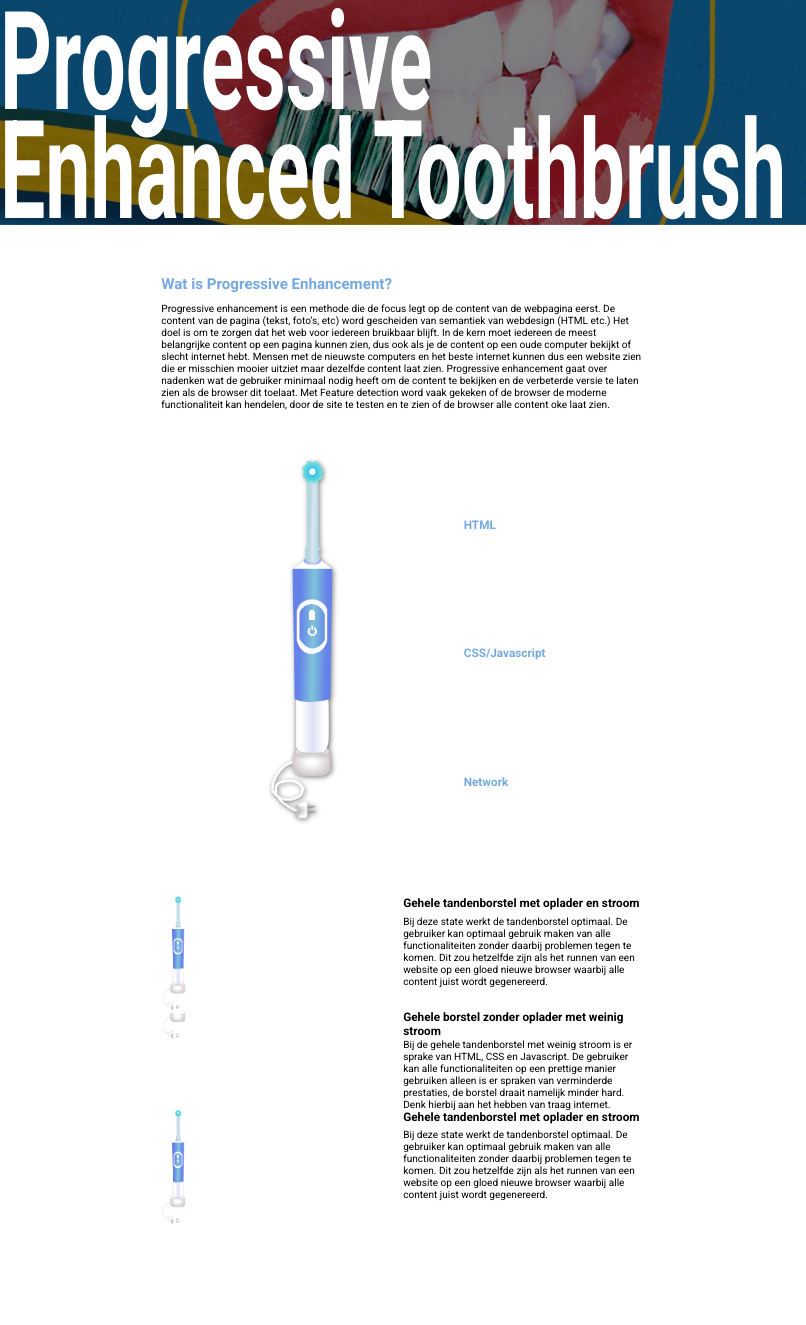
Repository: norakramer1/browser-technologies-2122
Page: progressive-enhanced-toothbrush-main/index.html
The author's editor kept a copy of each file at every save. The page is drawn from the files as they stood at one save, then again after the next save.
The browser window is 1280 px wide. The pictures show the whole page, at 63% of full size.

Above is the page before, as saved 2022-03-23 14:14:36.

After the next save:
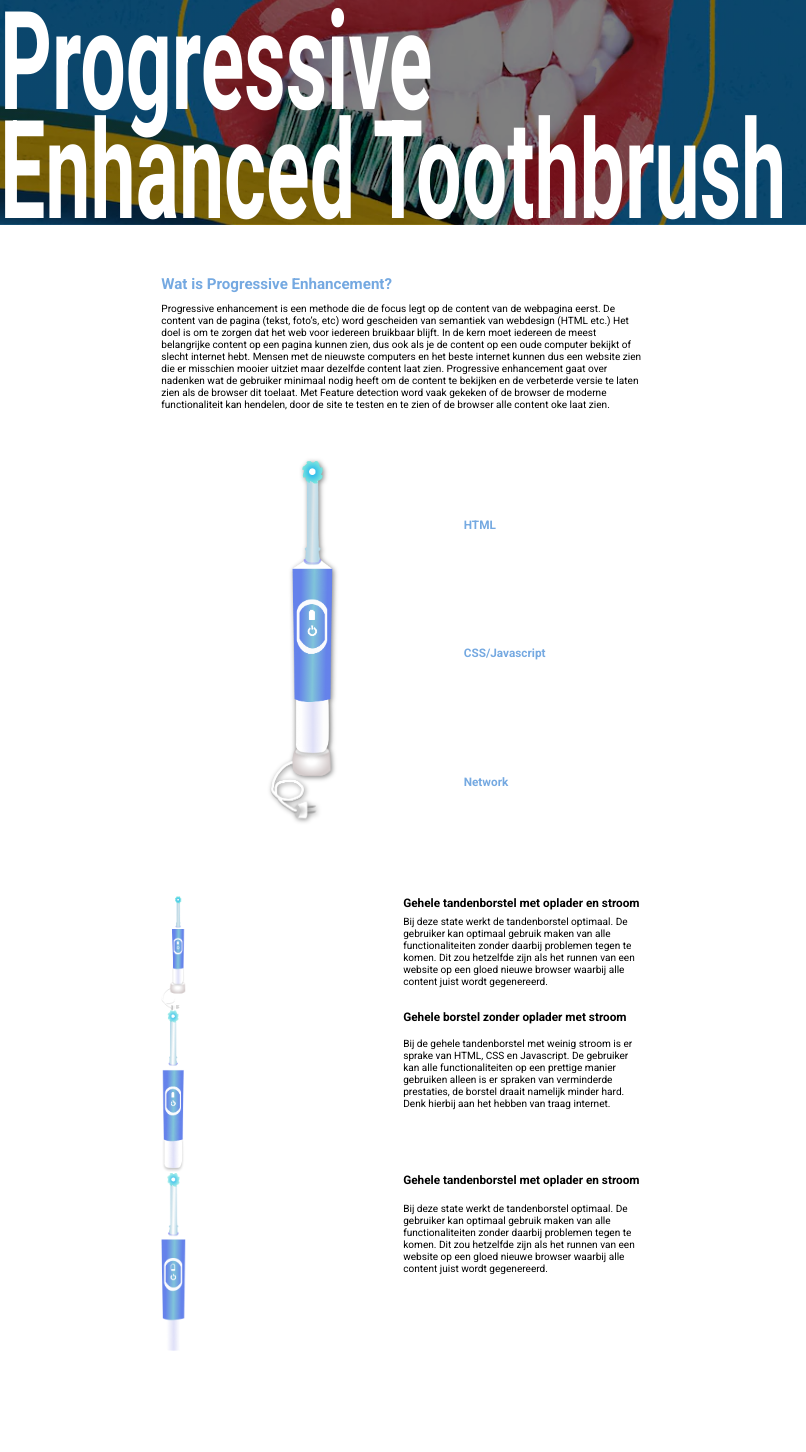
Saved 5 min 11 s later.
--- a/progressive-enhanced-toothbrush-main/index.html
+++ b/progressive-enhanced-toothbrush-main/index.html
@@ -49,12 +49,12 @@
                 <p>Bij deze state werkt de tandenborstel optimaal. De gebruiker kan optimaal gebruik maken van alle functionaliteiten zonder daarbij problemen tegen te komen. Dit zou hetzelfde zijn als het runnen van een website op een gloed nieuwe browser waarbij alle content juist wordt gegenereerd.</p>
             </section>
             <section>
-                <img src="img/lader.png" alt="Tandenborstel">
-                <h3>Gehele borstel zonder oplader met weinig stroom</h3>
+                <img src="img/tandenborstelvol.png" alt="Tandenborstel">
+                <h3>Gehele borstel zonder oplader met stroom</h3>
                 <p>Bij de gehele tandenborstel met weinig stroom is er sprake van HTML, CSS en Javascript. De gebruiker kan alle functionaliteiten op een prettige manier gebruiken alleen is er spraken van verminderde prestaties, de borstel draait namelijk minder hard. Denk hierbij aan het hebben van traag internet.</p>
             </section>
             <section>
-                <img src="img/compleet.png" alt="Tandenborstel">
+                <img src="img/tandenborstelleeg.png" alt="Tandenborstel">
                 <h3>Gehele tandenborstel met oplader en stroom</h3>
                 <p>Bij deze state werkt de tandenborstel optimaal. De gebruiker kan optimaal gebruik maken van alle functionaliteiten zonder daarbij problemen tegen te komen. Dit zou hetzelfde zijn als het runnen van een website op een gloed nieuwe browser waarbij alle content juist wordt gegenereerd.</p>
             </section>
